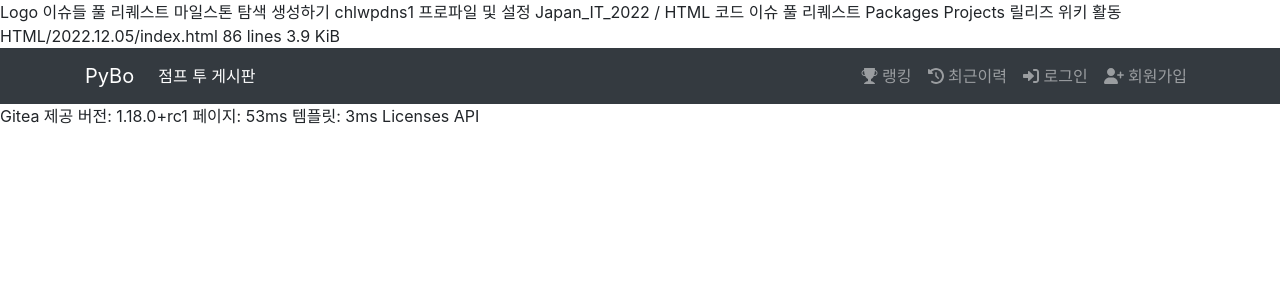
Repository: chlwpdnswku/japenexercise
Page: sample.html
These files come from the project's save history. The page is drawn as it stood at one moment and after the next save; the edit follows.
The browser window is 1280 px wide. The pictures show the whole page.

Above is the page before, as saved 2022-12-20 13:33:47.

### sample.html
Logo
이슈들
풀 리퀘스트
마일스톤
탐색
생성하기
chlwpdns1 프로파일 및 설정
Japan_IT_2022
/
HTML
코드
이슈
풀 리퀘스트
Packages
Projects
릴리즈
위키
활동
HTML/2022.12.05/index.html
86 lines
3.9 KiB
<!DOCTYPE html>
<html>

<head>
    <meta charset="utf-8">
    <title>질문과 답변 - 파이보</title>
    <!-- bootstrap -->
    <link rel="stylesheet" href="https://cdn.jsdelivr.net/npm/bootstrap@4.6.2/dist/css/bootstrap.min.css"
        integrity="sha384-xOolHFLEh07PJGoPkLv1IbcEPTNtaed2xpHsD9ESMhqIYd0nLMwNLD69Npy4HI+N" crossorigin="anonymous">
    <!-- bootstrap-icons -->
    <link rel="stylesheet" href="https://cdn.jsdelivr.net/npm/bootstrap-icons@1.10.2/font/bootstrap-icons.css">
    <!-- font-awesome -->
    <link rel="stylesheet" href="https://cdnjs.cloudflare.com/ajax/libs/font-awesome/6.2.1/css/all.min.css"
        integrity="sha512-MV7K8+y+gLIBoVD59lQIYicR65iaqukzvf/nwasF0nqhPay5w/9lJmVM2hMDcnK1OnMGCdVK+iQrJ7lzPJQd1w=="
        crossorigin="anonymous" referrerpolicy="no-referrer" />
</head>

<body>
    <div class="container">

    </div>

    <nav class="navbar navbar-expand-lg navbar-dark bg-dark">
        <div class="container">
            <!-- brand -->
            <a class="navbar-brand" href="#">PyBo</a>
            <button class="navbar-toggler" type="button" data-toggle="collapse" data-target="#navbarSupportedContent"
                aria-controls="navbarSupportedContent" aria-expanded="false" aria-label="Toggle navigation">
                <span class="navbar-toggler-icon"></span>
            </button>
            <!--// brand -->

            <div class="collapse navbar-collapse" id="navbarSupportedContent">
                <!-- left navbar item -->
                <ul class="navbar-nav mr-auto">
                    <li class="nav-item active">
                        <a class="nav-link" href="#">점프 투 게시판</a>
                    </li>
                </ul>
                <!--// left navbar item -->
                <!-- right navbar item -->
                <ul class="navbar-nav ml-auto">
                    <li class="nav-item">
                        <a class="nav-link" href="#">
                            <i class="bi bi-trophy-fill"></i> 랭킹
                        </a>
                    </li>
                    <li class="nav-item">
                        <a class="nav-link" href="#">
                            <i class="fa-solid fa-clock-rotate-left"></i> 최근이력
                        </a>
                    </li>
                    <li class="nav-item">
                        <a class="nav-link" href="#">
                            <i class="fa-solid fa-right-to-bracket"></i> 로그인
                        </a>
                    </li>
                    <li class="nav-item">
                        <a class="nav-link" href="#">
                            <i class="fa-solid fa-user-plus"></i> 회원가입
                        </a>
                    </li>
                </ul>
                <!--// right navbar item -->
            </div>
        </div>
    </nav>

    <!-- jquery -->
    <script src="https://cdnjs.cloudflare.com/ajax/libs/jquery/3.6.1/jquery.min.js"
        integrity="sha512-aVKKRRi/Q/YV+4mjoKBsE4x3H+BkegoM/em46NNlCqNTmUYADjBbeNefNxYV7giUp0VxICtqdrbqU7iVaeZNXA=="
        crossorigin="anonymous" referrerpolicy="no-referrer"></script>
    <!-- font-awesome -->
    <script src="https://cdnjs.cloudflare.com/ajax/libs/font-awesome/6.2.1/js/all.min.js"
        integrity="sha512-rpLlll167T5LJHwp0waJCh3ZRf7pO6IT1+LZOhAyP6phAirwchClbTZV3iqL3BMrVxIYRbzGTpli4rfxsCK6Vw=="
        crossorigin="anonymous" referrerpolicy="no-referrer"></script>
    <!-- bootstrap -->
    <script src="https://cdn.jsdelivr.net/npm/popper.js@1.16.1/dist/umd/popper.min.js"
        integrity="sha384-9/reFTGAW83EW2RDu2S0VKaIzap3H66lZH81PoYlFhbGU+6BZp6G7niu735Sk7lN" crossorigin="anonymous">
    </script>
    <script src="https://cdn.jsdelivr.net/npm/bootstrap@4.6.2/dist/js/bootstrap.min.js"
        integrity="sha384-+sLIOodYLS7CIrQpBjl+C7nPvqq+FbNUBDunl/OZv93DB7Ln/533i8e/mZXLi/P+" crossorigin="anonymous">
    </script>
</body>

</html>
Gitea 제공 버전: 1.18.0+rc1 페이지: 53ms 템플릿: 3ms Licenses API

After the next save:
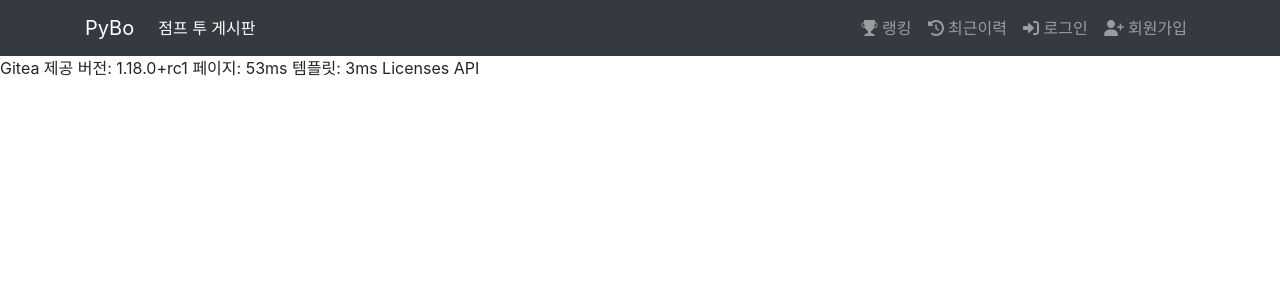
Saved 12 s later.
--- a/sample.html
+++ b/sample.html
@@ -1,24 +1,3 @@
-Logo
-이슈들
-풀 리퀘스트
-마일스톤
-탐색
-생성하기
-chlwpdns1 프로파일 및 설정
-Japan_IT_2022
-/
-HTML
-코드
-이슈
-풀 리퀘스트
-Packages
-Projects
-릴리즈
-위키
-활동
-HTML/2022.12.05/index.html
-86 lines
-3.9 KiB
 <!DOCTYPE html>
 <html>
 
